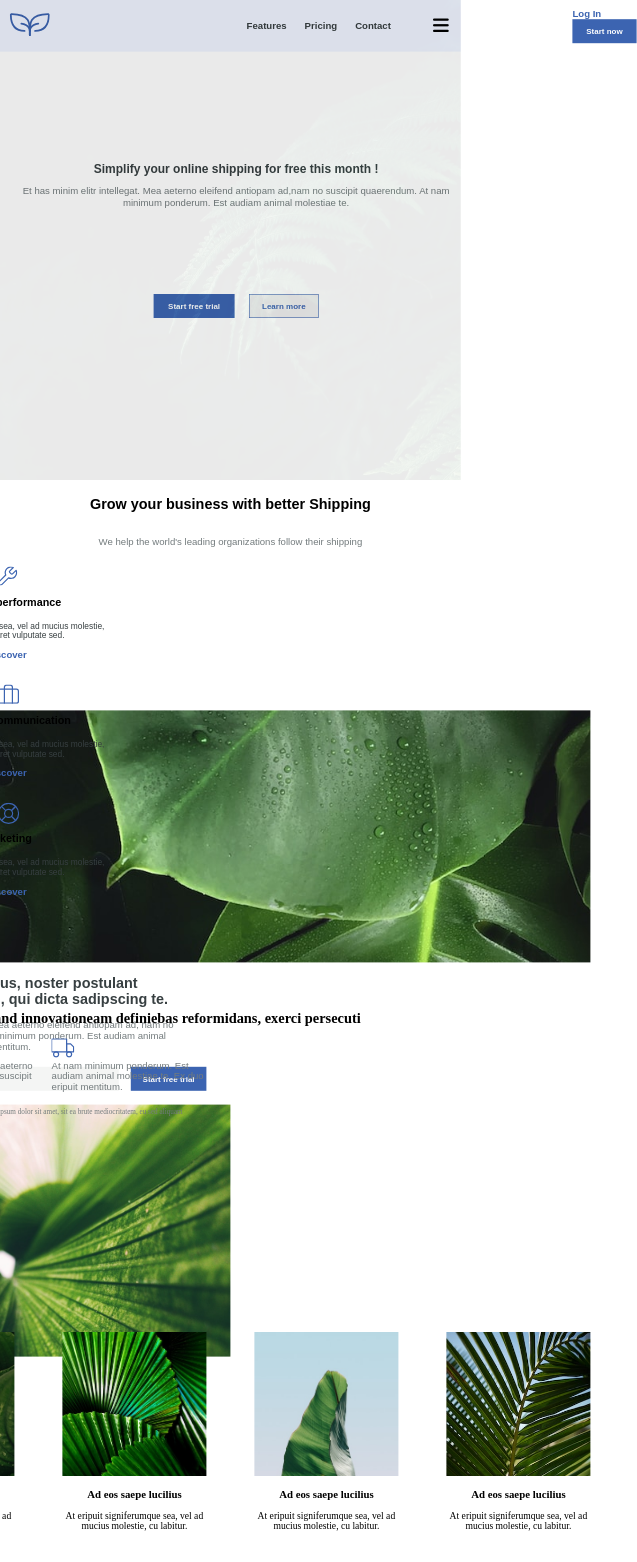
Repository: Mygit2001/LeTuSy_Test_Ecommage
Page: index.html
These files come from the project's save history. The page is drawn as it stood at one moment and after a run of saves; the edit follows.
The browser window is 768 px wide. The page is 1061 px wide, so the pictures cover 1061 px, including what lies to the right of the window. The pictures show the whole page, at 60% of full size.
Some web fonts or font styles are not loaded; a fallback is used. Some web libraries are served in a nearby version.

Above is the page before, as saved 2023-02-15 22:59:25.

### index.html
<!DOCTYPE html>
<html lang="en">
  <head>
    <meta charset="UTF-8" />
    <meta http-equiv="X-UA-Compatible" content="IE=edge" />
    <meta name="viewport" content="width=device-width, initial-scale=1.0" />
    <link rel="stylesheet" href="./assets/css/base.css" />
    <link rel="stylesheet" href="./assets/css/index.css" />
    <link rel="stylesheet" href="./assets/js/index.js" />
    <link rel="stylesheet" href="./assets/css/responsive.css" />
    <link rel="preconnect" href="https://fonts.googleapis.com" />
    <link rel="preconnect" href="https://fonts.gstatic.com" crossorigin />
    <link href="https://fonts.google.com/specimen/Mulish" rel="stylesheet" />
    <link
      rel="stylesheet"
      href="https://cdnjs.cloudflare.com/ajax/libs/font-awesome/6.3.0/css/all.min.css"
      integrity="sha512-SzlrxWUlpfuzQ+pcUCosxcglQRNAq/DZjVsC0lE40xsADsfeQoEypE+enwcOiGjk/bSuGGKHEyjSoQ1zVisanQ=="
      crossorigin="anonymous"
      referrerpolicy="no-referrer"
    />
    <title>Ecommage test - Lê Tử Sỹ</title>
  </head>
  <body>
    <header>
      <nav class="navbar_header">
        <div class="logo navbar_header-item">
          <svg
            width="67"
            height="40"
            viewBox="0 0 67 40"
            fill="none"
            xmlns="http://www.w3.org/2000/svg"
          >
            <path
              d="M42.5147 30.5614C63.5719 30.5614 65.2682 12.6468 65.4038 4.13342C65.4051 3.90184 65.3598 3.67236 65.2708 3.45856C65.1818 3.24477 65.0508 3.051 64.8856 2.88873C64.7204 2.72646 64.5243 2.59898 64.3089 2.51384C64.0935 2.4287 63.8633 2.38762 63.6317 2.39305C33.7072 2.94264 33.7072 17.4504 33.7072 30.5614V37.6074"
              stroke="#3C64B1"
              stroke-width="3"
              stroke-linecap="round"
              stroke-linejoin="round"
            />
            <path
              d="M33.7072 30.5614C33.7072 30.5614 33.7072 19.9923 47.7992 18.2308"
              stroke="#3C64B1"
              stroke-width="3"
              stroke-linecap="round"
              stroke-linejoin="round"
            />
            <path
              d="M24.8891 30.5614C3.832 30.5614 2.13566 12.6468 2.00003 4.13342C1.99878 3.90184 2.04401 3.67236 2.13302 3.45856C2.22204 3.24477 2.35304 3.051 2.51827 2.88873C2.68349 2.72646 2.87959 2.59898 3.09496 2.51384C3.31033 2.4287 3.54058 2.38762 3.7721 2.39305C33.6967 2.94264 33.6967 17.4504 33.6967 30.5614V37.6074"
              stroke="#3C64B1"
              stroke-width="3"
              stroke-linecap="round"
              stroke-linejoin="round"
            />
            <path
              d="M33.6967 30.5614C33.6967 30.5614 33.6967 19.9923 19.6046 18.2308"
              stroke="#3C64B1"
              stroke-width="3"
              stroke-linecap="round"
              stroke-linejoin="round"
            />
          </svg>
        </div>
        <div class="navbar_header-item menu fw-600">
          <span>Features</span>
          <span>Pricing</span>
          <span>Contact</span>
        </div>
        <div class="bar-icon" ><i class="fa-solid fa-bars"></i></div >
        <div class="navbar_header-item navitem-right">
          <label class="fw-600">Log In</label>
          <button class="default-butn" style="width: 107px">Start now</button>
        </div>
      </nav>
    </header>
    <main class="container">
      <div class="main_intro">
        <div class="main_intro-content">
          <div class="main_intro-content-text">
            <span class="fw-700">Simplify your online shipping for </span>
            <span class="fw-700">free this month !</span>
            <p>
              Et has minim elitr intellegat. Mea aeterno eleifend antiopam
              ad,nam no suscipit quaerendum. At nam minimum ponderum. Est audiam
              animal molestiae te.
            </p>
          </div>
          <div class="main_intro-content-button">
            <button class="default-butn">Start free trial</button>
            <button class="default-butn2" style="">Learn more</button>
          </div>
        </div>
        <div class="main_intro-img"></div>
      </div>
      <div class="main_content">
        <div class="main_content-head">
          <div class="main_content-text">
            <h2>Grow your business with better Shipping</h2>
            <span
              >We help the world's leading organizations follow their
              shipping</span
            >
          </div>
          <div class="main_content-services">
            <div class="main_content-services-item">
              <div class="content_services-item-top">
                <div class="s-30">
                  <svg
                    width="33"
                    height="32"
                    viewBox="0 0 33 32"
                    fill="none"
                    xmlns="http://www.w3.org/2000/svg"
                  >
                    <path
                      d="M20.1376 7.79345C19.8484 8.08852 19.6864 8.48524 19.6864 8.89843C19.6864 9.31161 19.8484 9.70833 20.1376 10.0034L22.6633 12.5291C22.9584 12.8183 23.3551 12.9803 23.7683 12.9803C24.1814 12.9803 24.5782 12.8183 24.8732 12.5291L30.8243 6.57798C31.6181 8.33203 31.8584 10.2863 31.5133 12.1804C31.1682 14.0745 30.254 15.8185 28.8926 17.1799C27.5312 18.5412 25.7873 19.4554 23.8932 19.8005C21.9991 20.1456 20.0448 19.9053 18.2907 19.1115L7.38307 30.0192C6.75509 30.6472 5.90336 31 5.01527 31C4.12717 31 3.27544 30.6472 2.64746 30.0192C2.01948 29.3912 1.66669 28.5395 1.66669 27.6514C1.66669 26.7633 2.01948 25.9116 2.64746 25.2836L13.5551 14.3759C12.7614 12.6219 12.5211 10.6676 12.8662 8.77349C13.2113 6.87939 14.1254 5.13544 15.4868 3.77406C16.8482 2.41268 18.5922 1.49852 20.4863 1.15341C22.3804 0.808299 24.3347 1.04863 26.0887 1.84237L20.1534 7.77767L20.1376 7.79345Z"
                      stroke="#3C64B1"
                      stroke-width="2"
                      stroke-linecap="round"
                      stroke-linejoin="round"
                    />
                  </svg>
                </div>
                <div class="services-item-top-title fw-700">
                  Logistic performance
                </div>
                <span class="services-item-top-des"
                  >At eripuit signiferumque sea, vel ad mucius molestie, cu
                  labitur iuvaret vulputate sed.</span
                >
              </div>
              <div class="content_services-item-bot">
                <label class="services-item-bot-text fw-700">Discover</label>
              </div>
            </div>
            <div class="main_content-services-item">
              <div class="content_services-item-top">
                <div class="s-30">
                  <svg
                    width="36"
                    height="32"
                    viewBox="0 0 36 32"
                    fill="none"
                    xmlns="http://www.w3.org/2000/svg"
                  >
                    <path
                      d="M31.3334 7.66669H4.66671C2.82576 7.66669 1.33337 9.15907 1.33337 11V27.6667C1.33337 29.5076 2.82576 31 4.66671 31H31.3334C33.1743 31 34.6667 29.5076 34.6667 27.6667V11C34.6667 9.15907 33.1743 7.66669 31.3334 7.66669Z"
                      stroke="#3C64B1"
                      stroke-width="2"
                      stroke-linecap="round"
                      stroke-linejoin="round"
                    />
                    <path
                      d="M24.6667 31V4.33333C24.6667 3.44928 24.3155 2.60143 23.6904 1.97631C23.0653 1.35119 22.2174 1 21.3334 1H14.6667C13.7827 1 12.9348 1.35119 12.3097 1.97631C11.6846 2.60143 11.3334 3.44928 11.3334 4.33333V31"
                      stroke="#3C64B1"
                      stroke-width="2"
                      stroke-linecap="round"
                      stroke-linejoin="round"
                    />
                  </svg>
                </div>
                <div class="services-item-top-title fw-700">
                  Shipping communication
                </div>
                <span class="services-item-top-des"
                  >At eripuit signiferumque sea, vel ad mucius molestie, cu
                  labitur iuvaret vulputate sed.</span
                >
              </div>
              <div class="content_services-item-bot">
                <span class="services-item-bot-text fw-700">Discover</span>
              </div>
            </div>
            <div class="main_content-services-item">
              <div class="content_services-item-top">
                <div class="s-30">
                  <svg
                    width="36"
                    height="36"
                    viewBox="0 0 36 36"
                    fill="none"
                    xmlns="http://www.w3.org/2000/svg"
                  >
                    <path
                      d="M18.3334 34.3333C27.5382 34.3333 35.0001 26.8714 35.0001 17.6667C35.0001 8.46192 27.5382 1 18.3334 1C9.12867 1 1.66675 8.46192 1.66675 17.6667C1.66675 26.8714 9.12867 34.3333 18.3334 34.3333Z"
                      stroke="#3C64B1"
                      stroke-width="2"
                      stroke-linecap="round"
                      stroke-linejoin="round"
                    />
                    <path
                      d="M18.3334 24.3333C22.0153 24.3333 25.0001 21.3486 25.0001 17.6667C25.0001 13.9848 22.0153 11 18.3334 11C14.6515 11 11.6667 13.9848 11.6667 17.6667C11.6667 21.3486 14.6515 24.3333 18.3334 24.3333Z"
                      stroke="#3C64B1"
                      stroke-width="2"
                      stroke-linecap="round"
                      stroke-linejoin="round"
                    />
                    <path
                      d="M6.55005 5.8833L13.6167 12.95"
                      stroke="#3C64B1"
                      stroke-width="2"
                      stroke-linecap="round"
                      stroke-linejoin="round"
                    />
                    <path
                      d="M23.0502 22.3834L30.1168 29.4501"
                      stroke="#3C64B1"
                      stroke-width="2"
                      stroke-linecap="round"
                      stroke-linejoin="round"
                    />
                    <path
                      d="M23.0502 12.95L30.1168 5.8833"
                      stroke="#3C64B1"
                      stroke-width="2"
                      stroke-linecap="round"
                      stroke-linejoin="round"
                    />
                    <path
                      d="M23.0502 12.9499L28.9335 7.06659"
                      stroke="#3C64B1"
                      stroke-width="2"
                      stroke-linecap="round"
                      stroke-linejoin="round"
                    />
                    <path
                      d="M6.55005 29.4501L13.6167 22.3834"
                      stroke="#3C64B1"
                      stroke-width="2"
                      stroke-linecap="round"
                      stroke-linejoin="round"
                    />
                  </svg>
                </div>

                <div class="services-item-top-title fw-700">Marketing</div>
                <span class="services-item-top-des"
                  >At eripuit signiferumque sea, vel ad mucius molestie, cu
                  labitur iuvaret vulputate sed.</span
                >
              </div>
              <div class="content_services-item-bot">
                <span class="services-item-bot-text fw-700">Discover</span>
              </div>
            </div>
          </div>
        </div>
        <div class="main_content-block1 main_content-block">
          <div class="content_block1-img cus-bgImg"></div>
          <div class="content_block1-des">
            <div class="content_block1-text">
              <h2>
                Ad eos saepe lucilius, noster postulant philosophia ea usu, qui
                dicta sadipscing te.
              </h2>
              <p>
                Et has minim elitr intellegat. Mea aeterno eleifend antiopam ad,
                nam no suscipit quaerendum. At nam minimum ponderum. Est audiam
                animal molestiae te. Ex duo eripuit mentitum.
              </p>
            </div>
            <div class="content_block1-func">
              <div class="content_block1-func-bi">
                <input
                  type="text"
                  placeholder="Placeholder"
                  class="input-ctb1"
                />
                <button class="default-butn">Start free trial</button>
              </div>
              <div>
                <p class="block1-lt">
                  By clicking “Primary action” you accepting ipsum dolor sit
                  amet, sit ea brute mediocritatem, eu sed aliquam scripserit
                  dissentiunt.
                </p>
              </div>
            </div>
          </div>
        </div>
        <div class="main_content-block2 main_content-block">
          <div class="content_block2-des">
            <div class="content_block2-text">
              <h2>
                Fostering creativity and innovationeam definiebas reformidans,
                exerci persecuti
              </h2>
            </div>
            <div class="content_block2-wrap-item">
              <div class="content_block2-item">
                <div>
                  <svg
                    width="28"
                    height="32"
                    viewBox="0 0 28 32"
                    fill="none"
                    xmlns="http://www.w3.org/2000/svg"
                  >
                    <path
                      d="M26.8951 21.2487V9.29534C26.8945 8.77129 26.7562 8.2566 26.494 7.8029C26.2317 7.3492 25.8548 6.97244 25.4009 6.71042L14.9417 0.733736C14.4874 0.471454 13.9721 0.333374 13.4475 0.333374C12.923 0.333374 12.4077 0.471454 11.9534 0.733736L1.49417 6.71042C1.04034 6.97244 0.663382 7.3492 0.401127 7.8029C0.138872 8.2566 0.000537516 8.77129 0 9.29534V21.2487C0.000537516 21.7728 0.138872 22.2874 0.401127 22.7411C0.663382 23.1948 1.04034 23.5716 1.49417 23.8336L11.9534 29.8103C12.4077 30.0726 12.923 30.2107 13.4475 30.2107C13.9721 30.2107 14.4874 30.0726 14.9417 29.8103L25.4009 23.8336C25.8548 23.5716 26.2317 23.1948 26.494 22.7411C26.7562 22.2874 26.8945 21.7728 26.8951 21.2487Z"
                      stroke="#3C64B1"
                      stroke-width="2"
                      stroke-linecap="round"
                      stroke-linejoin="round"
                    />
                    <path
                      d="M0.403427 7.74158L13.4475 15.2871L26.4917 7.74158"
                      stroke="#3C64B1"
                      stroke-width="2"
                      stroke-linecap="round"
                      stroke-linejoin="round"
                    />
                    <path
                      d="M13.4475 30.3333V15.2721"
                      stroke="#3C64B1"
                      stroke-width="2"
                      stroke-linecap="round"
                      stroke-linejoin="round"
                    />
                  </svg>
                </div>
                <div class="content_block2-item-text">
                  has minim elitr intellegat. Mea aeterno eleifend antiopam ad,
                  nam no suscipit quaerendum.
                </div>
              </div>
              <div class="content_block2-item">
                <div>
                  <svg
                    width="38"
                    height="32"
                    viewBox="0 0 38 32"
                    fill="none"
                    xmlns="http://www.w3.org/2000/svg"
                  >
                    <path
                      d="M25 0.333374H0V22H25V0.333374Z"
                      stroke="#3C64B1"
                      stroke-width="2"
                      stroke-linecap="round"
                      stroke-linejoin="round"
                    />
                    <path
                      d="M25 8.66663H31.6666L36.6666 13.6666V21.9999H25V8.66663Z"
                      stroke="#3C64B1"
                      stroke-width="2"
                      stroke-linecap="round"
                      stroke-linejoin="round"
                    />
                    <path
                      d="M7.49997 30.3333C9.80116 30.3333 11.6666 28.4678 11.6666 26.1667C11.6666 23.8655 9.80116 22 7.49997 22C5.19879 22 3.33331 23.8655 3.33331 26.1667C3.33331 28.4678 5.19879 30.3333 7.49997 30.3333Z"
                      stroke="#3C64B1"
                      stroke-width="2"
                      stroke-linecap="round"
                      stroke-linejoin="round"
                    />
                    <path
                      d="M29.1666 30.3333C31.4678 30.3333 33.3333 28.4678 33.3333 26.1667C33.3333 23.8655 31.4678 22 29.1666 22C26.8654 22 25 23.8655 25 26.1667C25 28.4678 26.8654 30.3333 29.1666 30.3333Z"
                      stroke="#3C64B1"
                      stroke-width="2"
                      stroke-linecap="round"
                      stroke-linejoin="round"
                    />
                  </svg>
                </div>
                <div class="content_block2-item-text">
                  At nam minimum ponderum. Est audiam animal molestiae te. Ex
                  duo eripuit mentitum.
                </div>
              </div>
            </div>
          </div>
          <div class="content_block2-img cus-bgImg"></div>
        </div>
        <div class="main_content-foot">
          <div class="main_content-foot-item">
            <div class="content-foot-item-img1 wh-img-foot cus-bgImg"></div>
            <div class="content-foot-item-text">
              <span class="fw-700 fs-18">Ad eos saepe lucilius</span>
              <p>
                At eripuit signiferumque sea, vel ad mucius molestie, cu
                labitur.
              </p>
            </div>
          </div>
          <div class="main_content-foot-item">
            <div class="content-foot-item-img2 wh-img-foot cus-bgImg"></div>
            <div class="content-foot-item-text">
              <span class="fw-700 fs-18">Ad eos saepe lucilius</span>
              <p>
                At eripuit signiferumque sea, vel ad mucius molestie, cu
                labitur.
              </p>
            </div>
          </div>
          <div class="main_content-foot-item">
            <div class="content-foot-item-img3 wh-img-foot cus-bgImg"></div>
            <div class="content-foot-item-text">
              <span class="fw-700 fs-18">Ad eos saepe lucilius</span>
              <p>
                At eripuit signiferumque sea, vel ad mucius molestie, cu
                labitur.
              </p>
            </div>
          </div>
          <div class="main_content-foot-item">
            <div class="content-foot-item-img4 wh-img-foot cus-bgImg"></div>
            <div class="content-foot-item-text">
              <span class="fw-700 fs-18">Ad eos saepe lucilius</span>
              <p>
                At eripuit signiferumque sea, vel ad mucius molestie, cu
                labitur.
              </p>
            </div>
          </div>
        </div>
      </div>
    </main>
  </body>
</html>

### assets/css/base.css
body {
  padding: 0;
  margin: 0;
  box-sizing: border-box;
}
header {
}
.default-butn {
  text-align: center;
  padding: 10px 10px;
  width: 135px;
  height: 40px;
  color: #fff;
  font-family: "Mulish", sans-serif;
  outline: none;
  border: none;
  font-weight: 700;
  background-color: #3c64b1;
}
.default-butn2 {
  text-align: center;
  padding: 10px 20px;
  width: 116px;
  height: 40px;
  border: 1px solid #3c64b1;
  color: #3C64B1;
  font-weight: 600;
  font-family: "Mulish", sans-serif;
}
.s-30 {
    width: 30px;
    height: 30px;
}
.cus-bgImg {
  flex: none;
  flex-grow: 0;
  background-size: cover;
  background-repeat: no-repeat;
}
.fw-600 {
  font-weight: 600;
}
.fw-700 {
  font-weight: 700;
}
.fs-18 {
  font-size: 18px;
}

### assets/css/responsive.css
/* PC */
@media(min-width:64em){
    .bar-icon {
        display: none;
    }

}


/* mobile */
@media(max-width:46.1875em) {
    .row {
        display: block;
    }
    .col-sm-12 {
        width: 100%;
    }
    .col-sm-6 {
        width: 50%;
    }
    .menu,.navitem-right {
        display:none;
    }
}

/* Tablet */
@media(min-width:46.25em) and (max-width:63.9375em){


}

 /* mobile and tablet */
@media(max-width:63.9375em) {
    .navbar_header {
        position: relative;
    }
    .bar-icon {
        position: absolute;
        display: block ;
        font-size: 30px;
        right: 20px;
    }
    .logo {
        margin-left: 16px;
    }
    .navbar_header {
        width: 100%;
    }
    .container, .main_intro, .main_intro-content {
        width: auto;
    }
    .main_intro-content-text  {
        width: 100%;
    }
    .main_intro-content-text span{
        font-size: 20px;
    }
    .main_content, .main_content-head {
        width: auto;
    }
    .main_content-block {
        display: block;
    }
    .main_content-text {
        width: 100%;
    }
    .main_content-services {
        display: grid;
        grid-template-columns: 1fr;
    }
    .content_block1-img {
        width: 100% !important;
    }
}

Loaded but not shown: assets/css/index.css (308 lines, source omitted); assets/js/index.js (no stored copy; drawn as an empty file)

After the next 2 saves:
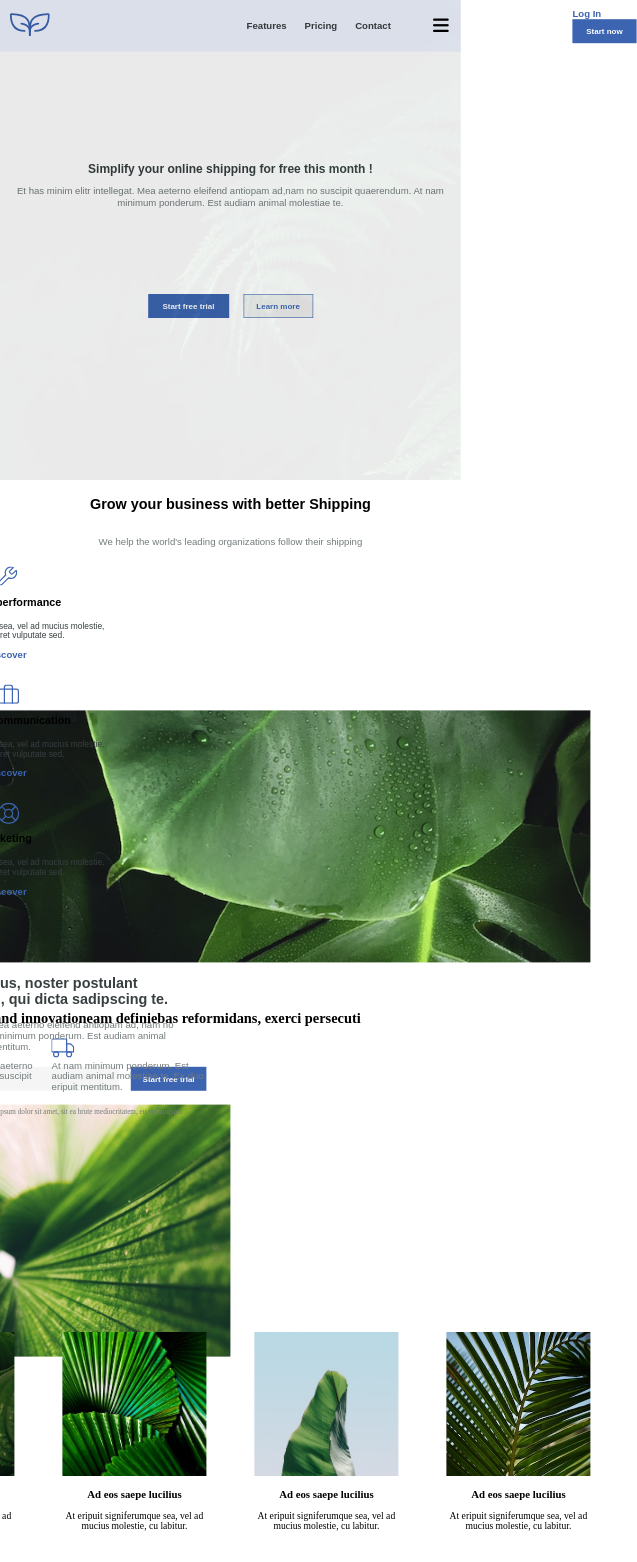
The 2 saves are shown as one change because they came seconds apart.
The last was saved 5 min 38 s later.
--- a/assets/css/responsive.css
+++ b/assets/css/responsive.css
@@ -46,7 +46,7 @@
     .navbar_header {
         width: 100%;
     }
-    .container, .main_intro, .main_intro-content {
+    .container, .main_intro {
         width: auto;
     }
     .main_intro-content-text  {
